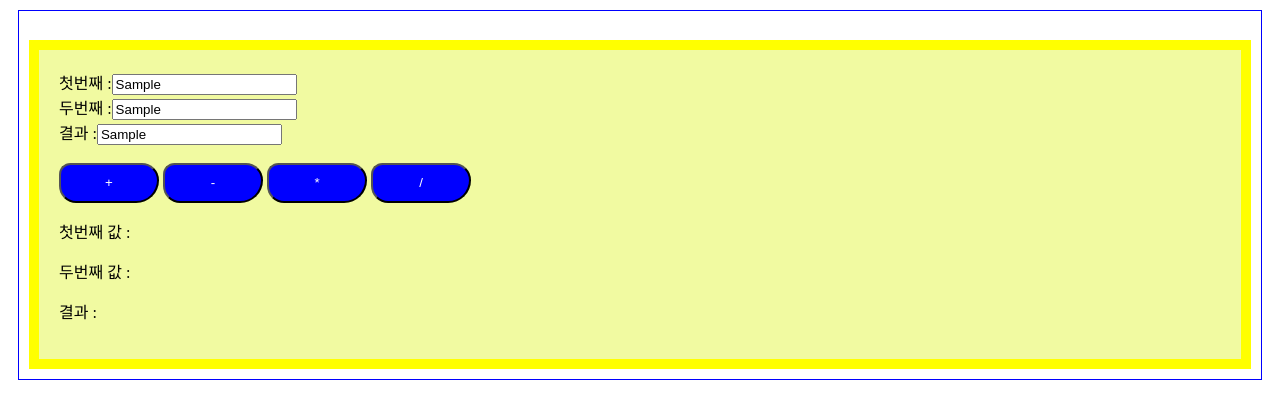
Repository: seonyeob94/BasicWeb
Page: webpro/src/main/webapp/0318/함수예제.html
These files come from the project's save history. The page is drawn as it stood at one moment and after the next save; the edit follows.
The browser window is 1280 px wide. The pictures show the whole page.
Empty fields were first filled with sample values (such as "Sample", 5 or name@example.com).
After loading, the first visible `input[onclick="calc('+')"]` was clicked once.

Above is the page before, as saved 2025-03-18 00:48:20.
Console error: ReferenceError: documentElementById is not defined

### webpro/src/main/webapp/0318/함수예제.html
<!DOCTYPE html>
<html>
<head>
<meta charset="UTF-8">
<title>Insert title here</title>
<link rel="stylesheet" href="../css/public.css">
<script type="text/javascript">
//const calc = function(op){}

const calc= (op) =>{

	//op변수는 함수 호출시에 값을 받은 매개변수, 파라미터변수, 지역변수
	//+,-,/,* 중에 하나가 대입한다

	//id=x인 요소 접근-값 가져오기 -String리턴
	vx= document.getElementById('x').value;

	//id=y인 요소 접근-값 가져오기 -String리턴
	vy=  document.getElementById('y').value;


	switch(op){
	case "+" :
		res = vx+vy;
		break;
	case "-" :
		res = vx-vy;
		break;
	case "/" :
		res = vx/vy;
		res = res.toLocaleString();
		break;
	case "*" :
		res = vx*vy;
		res = res.toString(2);
		break;
	}

	//출력
	//id=sum인 요소 검색- 출력 - value

	documentElementById('sum').value=res;

	//id=sp1요소 검색 - vx값을 출력 - innerText
	documentElementById('sp1').innerText=vx;

	//id=sp2요소 검색 - vy값을 출력 - innerText
	documentElementById('sp2').innerText=vy;
	//id=sp3요소 검색 - res값을 출력 - innerText
	documentElementById('sp3').innerText=res;
}
</script>
</head>
<body>

<div class="box">
  <h3></h3>
  <form>
    첫번째 :<input id="x"><br>
    두번째 :<input id="y"><br>
    결과 :<input id="sum"><br>
    <br>
    <input type="button" onclick="calc('+')" value="+">
    <input type="button" onclick="calc('-')" value="-">
    <input type="button" onclick="calc('*')" value="*">
    <input type="button" onclick="calc('/')" value="/"><br>
    <p>첫번째 값 :<span id="sp1"></span> </p>
    <p>두번째 값 :<span id="sp2"></span> </p>
    <p>결과 :<span id="sp3"></span> </p>
  </form>
</div>


</body>
</html>

### webpro/src/main/webapp/css/public.css
@charset "UTF-8";

form {
	background: #f1faa1;
	border: 10px solid yellow;
	padding: 20px;
}

.box{
	border : 1px solid blue;
	margin : 10px;
	padding : 10px;

}
.box input[type=button]{

	width : 100px;
	height : 40px;
	background : blue;
	color : white;
	border-radius: 40px 60px 80px;
}

.box div{
	border : 1px dotted orange;
	width : 80%;
	padding : 20px;
	margin : 10px;
}

After the next save:
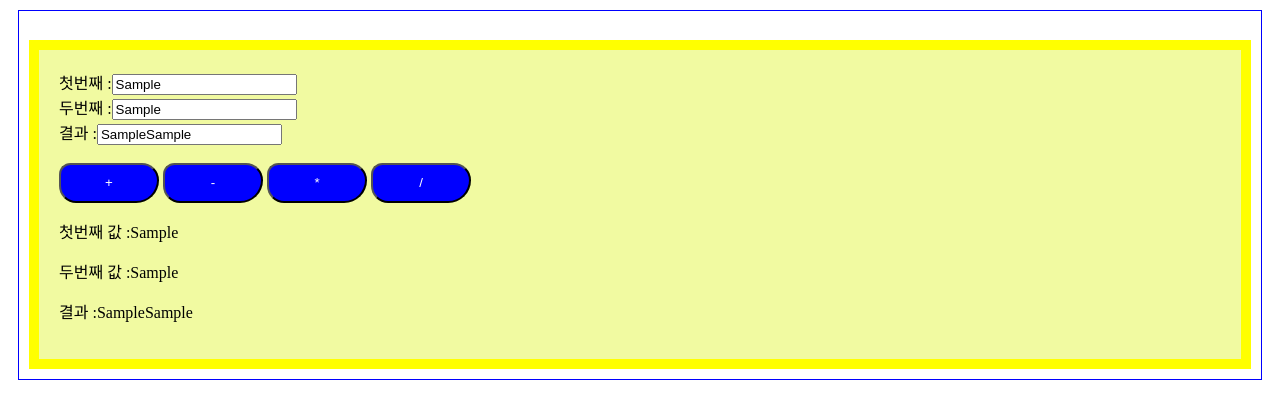
The error is gone.
Saved 85 s later.
--- a/webpro/src/main/webapp/0318/함수예제.html
+++ b/webpro/src/main/webapp/0318/함수예제.html
@@ -39,15 +39,15 @@ const calc= (op) =>{
 	//출력
 	//id=sum인 요소 검색- 출력 - value
 
-	documentElementById('sum').value=res;
+	document.getElementById('sum').value=res;
 
 	//id=sp1요소 검색 - vx값을 출력 - innerText
-	documentElementById('sp1').innerText=vx;
+	document.getElementById('sp1').innerText=vx;
 
 	//id=sp2요소 검색 - vy값을 출력 - innerText
-	documentElementById('sp2').innerText=vy;
+	document.getElementById('sp2').innerText=vy;
 	//id=sp3요소 검색 - res값을 출력 - innerText
-	documentElementById('sp3').innerText=res;
+	document.getElementById('sp3').innerText=res;
 }
 </script>
 </head>
